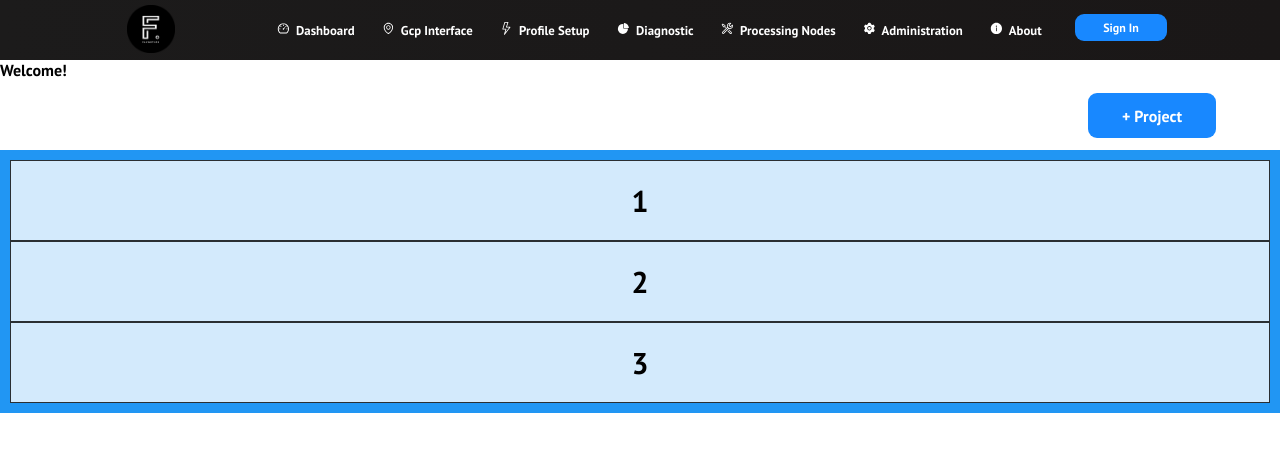
Repository: Akshaykumar1111/akki
Page: /Dashboard
These files come from the project's save history. The page is drawn as it stood at one moment and after the next save; the edit follows.
The browser window is 1280 px wide. The pictures show the whole page.
Some web libraries are served in a nearby version. The project was rebuilt for these pictures with package versions that can differ from the ones it lists, and the page was loaded fresh each time. Also part of the build but not shown: src/components/pages/Administration.css, src/components/pages/Administration.js, src/components/pages/Diagnostic.js, src/components/pages/ProfileSetup.js, src/components/pages/GcpInterface.js, src/components/pages/ProcessingNodes.js, src/components/pages/About.js, src/components/pages/Popup.css and 7 more.

Above is the page before, as saved 2022-10-20 12:07:48.

### src/App.css
* {
  box-sizing: border-box;
  margin: 0;
  padding: 0;
  font-family: 'PT Sans', sans-serif;
}

.home,
.Diagnostic,
.Dashboard,
.ProfileSetup,
.GcpInterface,
.ProcessingNodes,
.products,
.Administration,
.DeveloperTools,
.About,
.sign-up,
.SigUp,
.Forgot,
.marketing,
.consulting {
  display: flex;
  height: 961.3px;
  align-items: center;
  justify-content: center;
  font-size: 2rem;
}


.map-container{
  width: 100%;
  height: 100%;
}

.Dashboard {
  background-image: url('./images/img-1.jpg');
  background-position: center;
  background-size: cover;
  background-repeat: no-repeat;
  color: #fff;
  font-size: 100px;

  margin-bottom: 10px;
}

.GcpInterface {
  background-image: url('./images/img-2.jpg');
  background-position: center;
  background-size: cover;
  background-repeat: no-repeat;
  color: #fff;
  font-size: 100px;
}

.Diagnostic {
  background-image: url('./images/img-3.jpg');
  background-position: center;
  background-size: fill;
  background-repeat: no-repeat;
  color: #fff;
  font-size: 100px;
}

.ProfileSetup {
  background-image: url('./images/img-4.jpg');
  background-position: center;
  background-size: cover;
  background-repeat: no-repeat;
  color: #fff;
  font-size: 100px;
}

.sign-up {
  background-image: url('./images/img-7.jpg');
  background-position: center;
  background-size: cover;
  background-repeat: no-repeat;
  color: #fff;
  font-size: 100px;
}

.marketing {
  background-image: url('./images/img-6.jpg');
  background-position: center;
  background-size: cover;
  background-repeat: no-repeat;
  color: #fff;
  font-size: 100px;
}

.consulting {
  background-image: url('./images/img-5.jpg');
  background-position: bottom;
  background-size: cover;
  background-repeat: no-repeat;
  color: #fff;
  font-size: 100px;
}

### src/components/pages/Dashboard.js

import React from 'react';
import '../../App.css';
import '../Button.css';
import './Dashboard.css';

export default function Dashboard() {
  return ( <>
  <b>Welcome!</b>
  <button type="button" className='btn projectbtn'>+ Project</button>
  <div class="grid-container">
  <div class="grid-item">1</div>
  <div class="grid-item">2</div>
  <div class="grid-item">3</div>

</div>
  </>
  )
 }

### src/components/Navbar.css
.navbar {

  height: 70px;
  display: flex;
  justify-content: center;
  align-items: center;
  font-size: 1.2rem;


}
.nav-bg1{
  background-color: rgba(42, 41, 41, 0.606);
  }
.nav-bg2{
  background: linear-gradient(90deg, rgb(28, 27, 27) 0%, rgb(26, 23, 23) 100%);

}

.navbar-logo {
  color: #fff;
  justify-self: start;
  margin-left: 20px;
  cursor: pointer;
  text-decoration: none;
  font-size: 2rem;
}

.fa-firstdraft {
    margin-left: -18%;
    font-size: 1rem;
    height: 4rem;
    width: 4rem;
    text-align: center;
    margin-top: 12%;
    margin-left: -190%;
}
/* .log-img{
  width: 8%;
} */
.nav-menu {
  display: grid;
  grid-template-columns: repeat(8, auto);
  grid-gap: 10px;
  list-style: none;
  text-align: center;
  width: 70vw;
  justify-content: end;
  margin-right: 2rem;
}

.nav-item {
  display: flex;
  align-items: center;
  height: 80px;
  margin-top: 8%;
  display: flex;
}

.nav-links {
  color: white;
  text-decoration: none;
  padding: 0.5rem 1rem;
}

.nav-links:hover {
  background-color: #1888ff;
  border-radius: 4px;
  transition: all 0.2s ease-out;
}

.fa-bars {
  color: #fff;
}

.nav-links-mobile {
  display: none;
}

.menu-icon {
  display: none;
}
.li1{
  margin-top: 9%;
}

.li2{
  margin-top: 8%;
}
.li4{
  margin-top: 9%;
}
.li5{
  margin-top: 6.5%;
}
.li6{
  margin-top: 7.3%;
}
.li7{
  margin-top: 12.4%;
}
.li8{
  margin-top: 7%;
}

.nav-links1 {
  color: white;
  text-decoration: none;
  padding: 0.5rem 1rem;
}






@media screen and (max-width: 1648px) {
  .navbar {
    /* background: linear-gradient(90deg, rgb(28, 27, 27) 0%, rgb(26, 23, 23) 100%); */
    height: 60px;
    display: flex;
    justify-content: center;
    align-items: center;
    font-size: 0.8rem;
  }
  .nav-bg1{
    background-color: rgba(42, 41, 41, 0.606);
    }
  .nav-bg2{
    background: linear-gradient(90deg, rgb(28, 27, 27) 0%, rgb(26, 23, 23) 100%);

  }
  .navbar-logo {
    color: #fff;
    justify-self: start;
    margin-left: 20px;
    cursor: pointer;
    text-decoration: none;
    font-size: 1.5rem;
    padding-right: 1%;
  }

  .fa-firstdraft {
    margin-left: -6%;
    font-size: 1rem;
    height: 3rem;
    width: 3rem;
    text-align: center;
    margin-top: 12%;
}

  .nav-menu {
    display: grid;
    grid-template-columns: repeat(8, auto);
    grid-gap: 8px;
    list-style: none;
    text-align: center;
    width: 75vw;
    justify-content: end;
    margin-right: 1.2rem;
  }

  .nav-item {
    display: flex;
    align-items: center;
    height: 75px;
  }

  .nav-links {
    color: white;
    text-decoration: none;
    padding: 0.5rem 0.6rem;
  }

  .nav-links1 {
    color: white;
    text-decoration: none;
    padding: 0.5rem 1rem;
  }

  .nav-links:hover {
    background-color: #1888ff;
    border-radius: 4px;
    transition: all 0.2s ease-out;
  }

  .fa-bars {
    color: #fff;
  }

  .nav-links-mobile {
    display: none;
  }

  .menu-icon {
    display: none;
  }
  .li1{
    margin-top: 9%;
  }

  .li2{
    margin-top: 8%;
  }
  .li4{
    margin-top: 9%;
  }
  .li5{
    margin-top: 6.5%;
  }
  .li6{
    margin-top: 7.3%;
  }
  .li7{
    margin-top: 12.4%;
  }
  .li8{
    margin-top: 7%;
  }

}



@media screen and (max-width: 961px) {
  .NavbarItems {
    position: relative;
  }

  .nav-menu {
    display: flex;
    flex-direction: column;
    width: 100%;
    height: 90vh;
    position: absolute;
    top: 80px;
    left: -100%;
    opacity: 1;
    transition: all 0.5s ease;
  }

  .nav-menu.active {
    background: #242222;
    left: 0;
    opacity: 1;
    transition: all 0.5s ease;
    z-index: 1;
  }

  .nav-links {
    text-align: center;
    padding: 0rem;
    width: 100%;
    display: table;
    margin-top: -1%;
  }

  .nav-links1 {
    color: white;
    text-decoration: none;
    padding: 0.5rem 1rem;
  }


  .nav-links:hover {
    background-color: #1888ff;
    border-radius: 0;
  }

  .navbar-logo {
    position: absolute;
    top: 0;
    left: 0;
    transform: translate(25%, 50%);
  }

  .menu-icon {
    display: block;
    position: absolute;
    top: -8px;
    right: 0;
    transform: translate(-100%, 60%);
    font-size: 1.8rem;
    cursor: pointer;
  }

  .fa-times {
    color: #fff;
    font-size: 2rem;
  }
  .nav-item {
    display: flex;
    align-items: center;
    height: 88px;
    font-size: 155%;
}

  .nav-links-mobile {
    display: block;
    text-align: center;
    /* padding: 1.5rem; */
    margin: 0rem auto;
    border-radius: 16px;
    width: 50%;
    background: #1888ff;
    text-decoration: none;
    color: #fff;
    font-size: 1.2rem;
    height: 55px;
    margin-bottom: 2%;
    padding-top: 2%;
  }

  .nav-links-mobile:hover {
    background: #fff;
    color: #1888ff;
    transition: 250ms;
  }

  .nav-Button{
    margin-top: 14%;
  }
  /* button {
    display: none;
  } */
  .fa-firstdraft {
    margin-left: 85%;
    font-size: 1rem;
    height: 3rem;
    width: 3rem;
    text-align: center;
    margin-top: -28%;
}
.li1{
  margin-top: 9%;
}

.li2{
  margin-top: 8%;
}
.li4{
  margin-top: 9%;
}
.li5{
  margin-top: 6.5%;
}
.li6{
  margin-top: 7.3%;
}
.li7{
  margin-top: 12.4%;
}
.li8{
  margin-top: 7%;
}

}



@media screen and (max-width: 480px) {
  .NavbarItems {
    position: relative;
  }

  .nav-menu {
    display: flex;
    flex-direction: column;
    width: 100%;
    height: 90vh;
    position: absolute;
    top: 80px;
    left: -100%;
    opacity: 1;
    transition: all 0.5s ease;
  }

  .nav-menu.active {
    background: #242222;
    left: 0;
    opacity: 1;
    transition: all 0.5s ease;
    z-index: 1;
  }

  .nav-links {
    text-align: center;
    padding: 0rem;
    width: 100%;
    display: table;
    margin-top: -1%;
  }

  .nav-links1 {
    color: white;
    text-decoration: none;
    padding: 0.5rem 1rem;
  }


  .nav-links:hover {
    background-color: #1888ff;
    border-radius: 0;
  }

  .navbar-logo {
    position: absolute;
    top: 0;
    left: 0;
    transform: translate(25%, 50%);
  }

  .menu-icon {
    display: block;
    position: absolute;
    top: -8px;
    right: 0;
    transform: translate(-100%, 60%);
    font-size: 1.8rem;
    cursor: pointer;
  }

  .fa-times {
    color: #fff;
    font-size: 2rem;
  }
  .nav-item {
    display: flex;
    align-items: center;
    height: 88px;
    font-size: 155%;
}

  .nav-links-mobile {
    display: block;
    text-align: center;
    /* padding: 1.5rem; */
    margin: 0rem auto;
    border-radius: 16px;
    width: 50%;
    background: #1888ff;
    text-decoration: none;
    color: #fff;
    font-size: 1.2rem;
    height: 55px;
    margin-bottom: 2%;
    padding-top: 2%;
  }

  .nav-links-mobile:hover {
    background: #fff;
    color: #1888ff;
    transition: 250ms;
  }

  .nav-Button{
    margin-top: 14%;
  }
  /* button {
    display: none;
  } */
  .fa-firstdraft {
    margin-left: 50%;
    font-size: 1rem;
    height: 3rem;
    width: 3rem;
    text-align: center;
    margin-top: -28%;
}
.li1{
  margin-top: 9%;
}

.li2{
  margin-top: 8%;
}
.li4{
  margin-top: 9%;
}
.li5{
  margin-top: 6.5%;
}
.li6{
  margin-top: 7.3%;
}
.li7{
  margin-top: 12.4%;
}
.li8{
  margin-top: 7%;
}

}

/* <-----------sticky navbar----------> */
/* .sticky{
  position: fixed;
  top: 0;
  left: 0;
  width: 100%;
  height: 5rem;
  padding-top: 0;
  padding-bottom: 0;
  box-shadow: 0 0 2rem 0 rgb(0,0,0,5);
} */
/* <-----------sticky navbar end----------> */

### src/components/Button.css
:root {
  --primary: #1888ff;
}

.btn {
  padding: 6px 9px;
  border-radius: 4px;
  outline: none;
  border: none;
  font-size: 15px;
  color: #fff;
  cursor: pointer;
  background-color: var(--primary);
  margin-top: 33%;
}
.projectbtn {
  font-size: 150%;
  /* padding: 0.5% 0.1% 0.5% 0.1%; */
  width: 10%;
  margin-top: 1%;
  margin-left: 89%;
}

.btn:hover {
  padding: 5px 9px;
  transition: all 0.3s ease-out;
  background-color: transparent;
  color: #fff;
  border-radius: 4px;
  border: 2px solid var(--primary);
  transition: all 0.3s ease-out;
}
@media screen and (max-width: 1140px) {
  .NavbarItems {
    position: relative;
  }
  :root {
    --primary: #1888ff;
  }

  .btn {
    padding: 6px 12px;
    border-radius: 9px;
    outline: none;
    border: none;
    font-size: 12px;
    color: #fff;
    cursor: pointer;
    background-color: var(--primary);
    margin-top: 36%;
  }
  .projectbtn {
    font-size: 150%;
    /* padding: 0.5% 0.1% 0.5% 0.1%; */
    width: 10%;
    margin-top: 1%;
    margin-left: 89%;
  }

  .btn:hover {
    padding: 6px 18px;
    transition: all 0.3s ease-out;
    background-color: transparent;
    color: #fff;
    border-radius: 4px;
    border: 2px solid var(--primary);
    transition: all 0.3s ease-out;
  }
}

@media screen and (max-width: 1648px) {
  .NavbarItems {
    position: relative;
  }
  :root {
    --primary: #1888ff;
  }

  .btn {
    padding: 6px 12px;
    border-radius: 9px;
    outline: none;
    border: none;
    font-size: 12px;
    color: #fff;
    cursor: pointer;
    background-color: var(--primary);
    margin-top: 26%;
  }
  .projectbtn {
    font-size: 100%;
    padding: 1% 0.1% 1% 0.1%;
    width: 10%;
    margin-top: 1%;
    margin-left: 85%;
  }

  .btn:hover {
    padding: 6px 18px;
    transition: all 0.3s ease-out;
    background-color: transparent;
    color: #fff;
    border-radius: 4px;
    border: 2px solid var(--primary);
    transition: all 0.3s ease-out;
  }
}




@media screen and (max-width: 961px) {
  .NavbarItems {
    position: relative;
  }
  :root {
    --primary: #1888ff;
  }

  .btn {

    border-radius: 9px;
    outline: none;
    border: none;
    font-size: 12px;
    color: #fff;
    cursor: pointer;
    background-color: var(--primary);
    width: auto;
    margin-top: 3%;
  }
  .projectbtn {
    font-size: 100%;
    padding: 1.5% 0.1% 1.5% 0.1%;
    width: 10%;
    margin-top: 1%;
    margin-left: 86%;
  }

  .btn:hover {
    padding: 0px 0px;
    transition: all 0.3s ease-out;
    background-color: transparent;
    color: #fff;
    border-radius: 4px;
    border: 2px solid var(--primary);
    transition: all 0.3s ease-out;
  }
}

### src/components/pages/Dashboard.css
.grid-container {
    display: grid;
    grid-template-rows: auto auto auto;
    background-color: #2196F3;
    padding: 10px;
  }
  .grid-item {
    background-color: rgba(255, 255, 255, 0.8);
    border: 1px solid rgba(0, 0, 0, 0.8);
    padding: 20px;
    font-size: 30px;
    text-align: center;
  }

Loaded but not shown: public/index.html (common file); src/index.js (common file); src/components/Navbar.js (179 lines, source omitted); src/App.js (57 lines, source omitted); src/components/Button.js (11 lines, source omitted); src/components/pages/Signin.css (714 lines, source omitted)

After the next save:
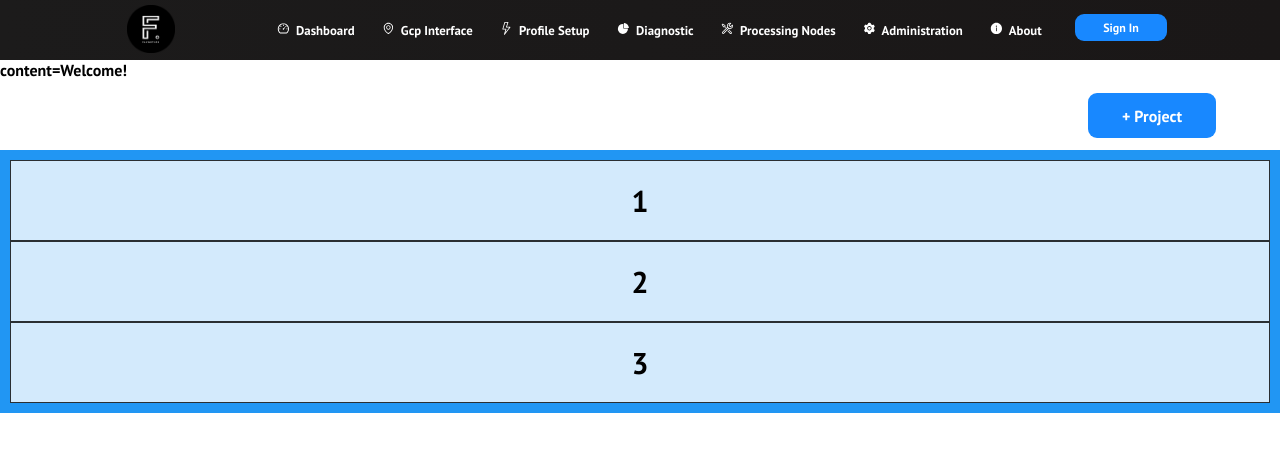
Saved 3 min 0 s later.
--- a/src/components/pages/Dashboard.js
+++ b/src/components/pages/Dashboard.js
@@ -6,7 +6,7 @@
 
 export default function Dashboard() {
   return ( <>
-  <b>Welcome!</b>
+  <b> content=Welcome!</b>
   <button type="button" className='btn projectbtn'>+ Project</button>
   <div class="grid-container">
   <div class="grid-item">1</div>

After the save that followed:
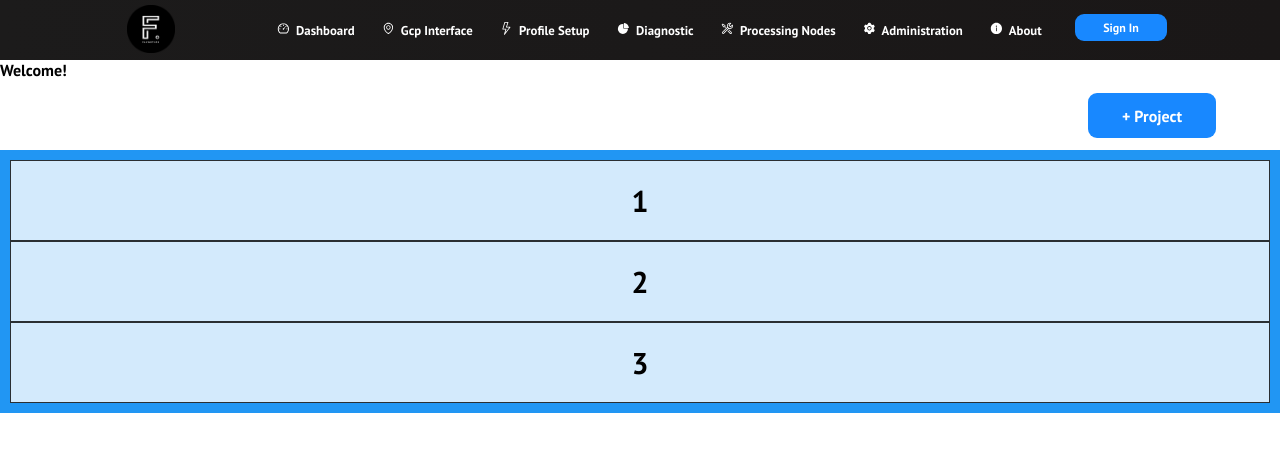
Saved 46 s later.
--- a/src/components/pages/Dashboard.js
+++ b/src/components/pages/Dashboard.js
@@ -6,7 +6,7 @@
 
 export default function Dashboard() {
   return ( <>
-  <b> content=Welcome!</b>
+  <b class="Welcome">Welcome!</b>
   <button type="button" className='btn projectbtn'>+ Project</button>
   <div class="grid-container">
   <div class="grid-item">1</div>
